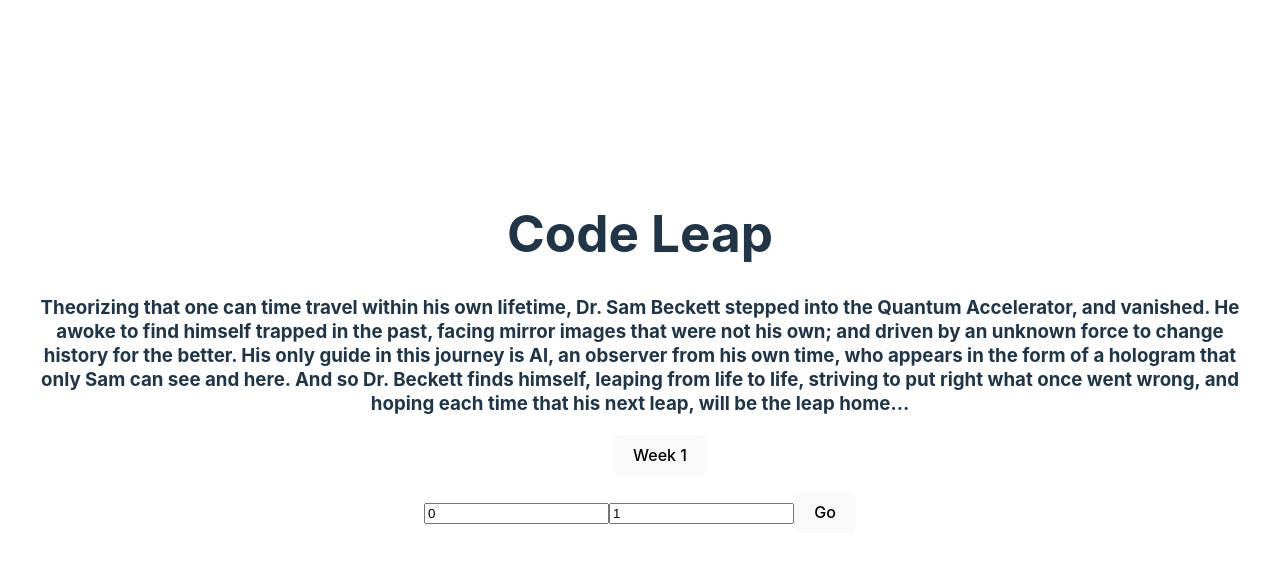
Repository: mplayer78/code-leap
Page: /
These files come from the project's save history. The page is drawn as it stood at one moment and after the next save; the edit follows.
The browser window is 1280 px wide. The pictures show the whole page.
The project was rebuilt for these pictures with package versions that can differ from the ones it lists, and the page was loaded fresh each time. Also part of the build but not shown: vite.config.ts.

Above is the page before, as saved 2022-08-28 11:36:07.

After the next save:
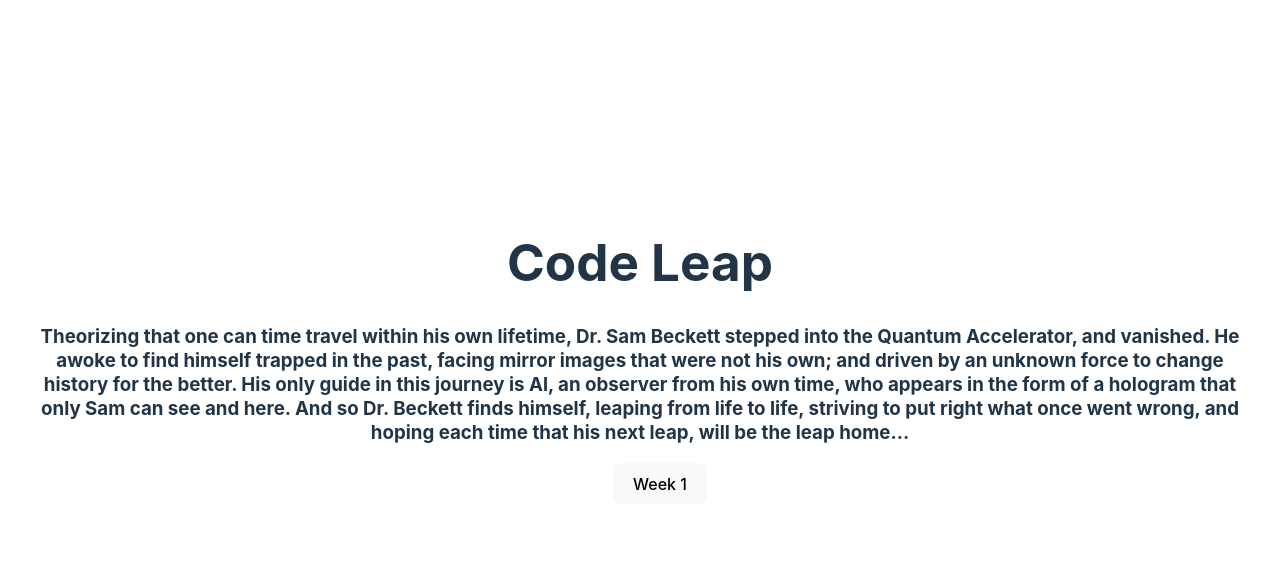
Console error: TypeError: Cannot read properties of undefined (reading 'id')
Saved 48 s later.
--- a/src/components/Challenge.vue
+++ b/src/components/Challenge.vue
@@ -40,7 +40,7 @@ const val2 = ref(1)
     <p>{{ currentChallenge?.date }}</p>
     <p>{{ currentChallenge?.description }}</p>
     <p>{{ inputList }}</p>
-    <form action="POST" @submit="handleSubmit">
+    <form action="POST" @submit="handleSubmit" v-if="currentChallenge.id">
         <input type="number" v-model="val1">
         <input type="number" v-model="val2">
         <button type="submit">Go</button>
